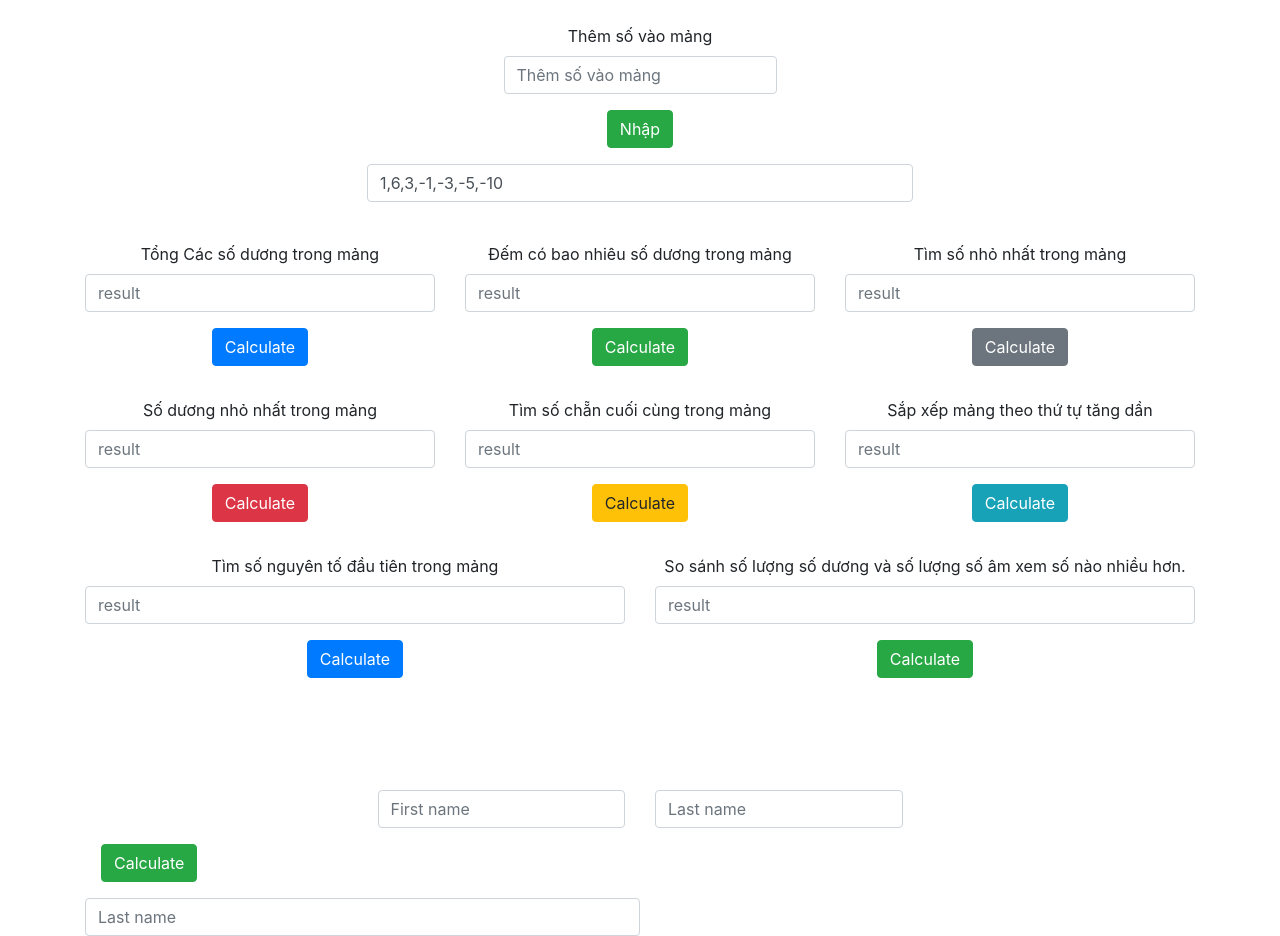
Repository: baobaodeveloper/bootcamp21__array__HuynhAnhBao
Page: index.html
An editor plug-in stored every save of this project. The page is shown before and after the next save, followed by the edit.
The browser window is 1280 px wide. The pictures show the whole page.

Above is the page before, as saved 2022-03-20 19:15:10.

After the next save:
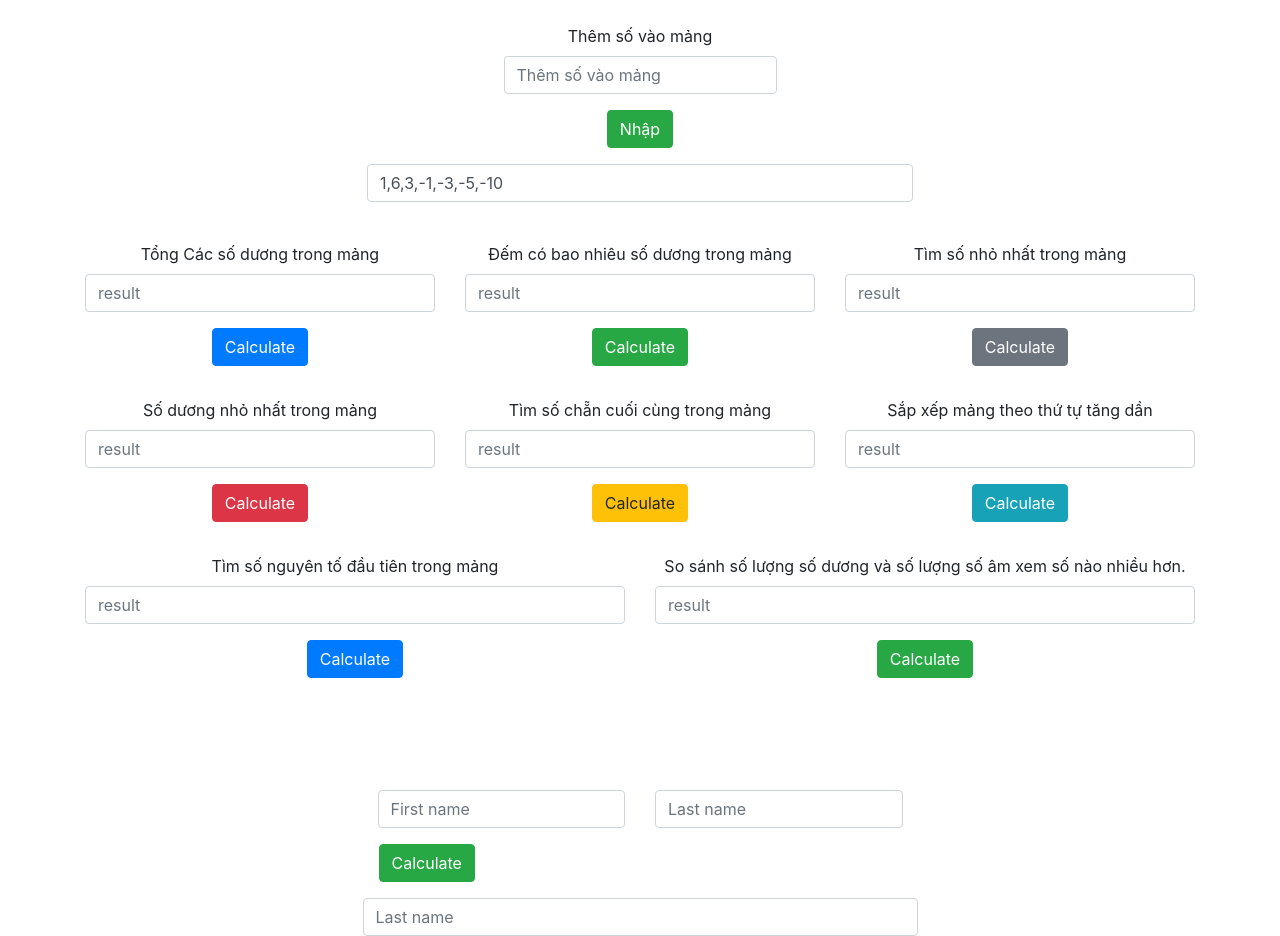
Saved 8 s later.
--- a/index.html
+++ b/index.html
@@ -187,7 +187,7 @@
           />
         </div>
       </div>
-      <div class="w-50">
+      <div class="w-50 m-auto">
         <button type="button" class="btn btn-success m-3" id="combine">
           Calculate
         </button>
